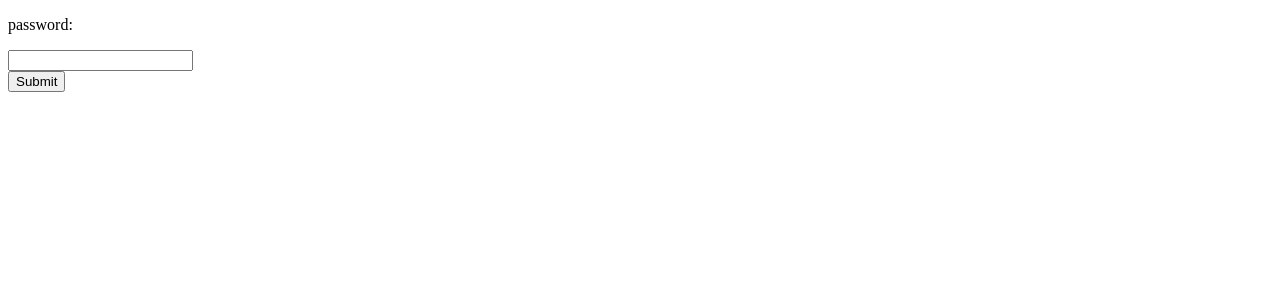
Repository: DOODpls/final_portfolio
Page: http://localhost/login
The author's editor kept a copy of each file at every save. The page is drawn from the files as they stood at one save, then again after the next save.
The browser window is 1280 px wide. The pictures show the whole page.
Some web fonts or font styles are not loaded; a fallback is used. The page is served by the project's Node server (app.js).

Above is the page before, as saved 2019-12-11 23:22:31.

After the next save:
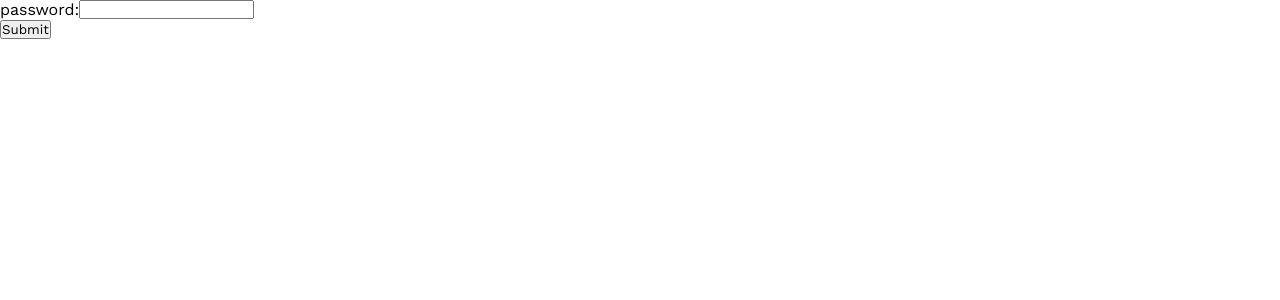
Saved 34 s later.
--- a/views/adminlogin.ejs
+++ b/views/adminlogin.ejs
@@ -4,6 +4,7 @@
   <meta charset="UTF-8">
   <meta name="viewport" content="width=device-width, initial-scale=1.0">
   <meta http-equiv="X-UA-Compatible" content="ie=edge">
+  <link rel="stylesheet" href="/css/admin.css">
   <title>Document</title>
 </head>
 <body>
